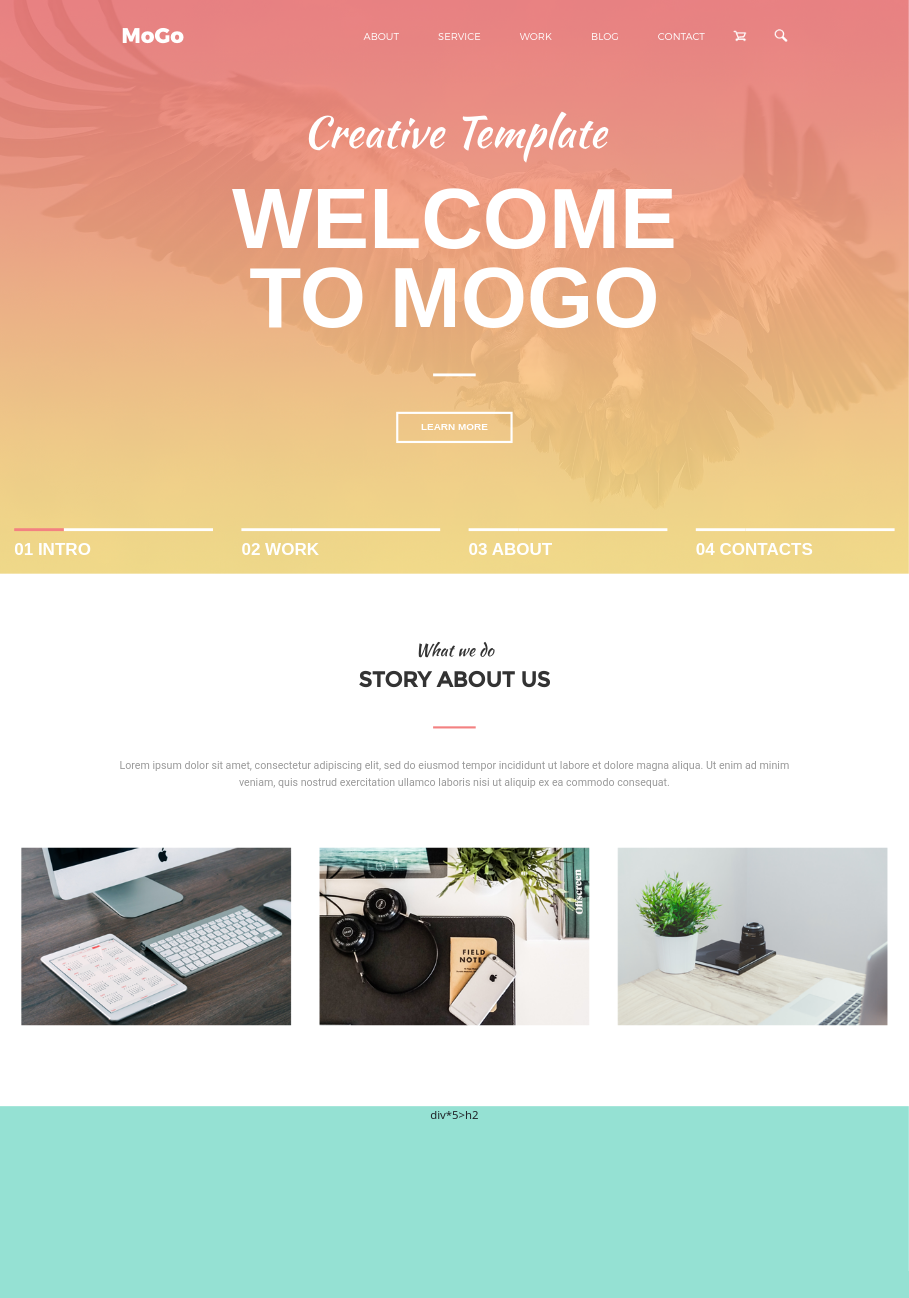
Repository: RaffiBarseghyan/mogo
Page: /
The author's editor kept a copy of each file at every save. The page is drawn from the files as they stood at one save, then again after a run of saves.
The browser window is 1280 px wide. The pictures show the whole page, at 71% of full size.
The project was rebuilt for these pictures with package versions that can differ from the ones it lists, and the page was loaded fresh each time.

Above is the page before, as saved 2023-05-11 17:49:34.

### src/App.jsx
import "./App.css";
import "bootstrap/dist/css/bootstrap.min.css";
import "bootstrap/dist/js/bootstrap.bundle";
import Header from "./Pages/Header/header";
import AboutUs from "./Pages/AboutUs/aboutUs";

function App() {
  return (
    <div className="App">
      <Header />
      <AboutUs />
    </div>
  );
}

export default App;

### src/Pages/Header/header.jsx
import style from "./header.module.scss";
import glass from "../../Assets/Images/GLASS.png";
import cart from "../../Assets/Images/CART.png";

function Header() {
  return (
    <>
      <div className={style.big_header}>
        <div className={style.header}>
          <nav className="navbar navbar-expand-lg bg-body-tertiary">
            <div className="container-fluid">
              <a className={`${style.logo} navbar-brand me-5`} href="#">
                MoGo
              </a>
              <button
                className="navbar-toggler"
                type="button"
                data-bs-toggle="collapse"
                data-bs-target="#navbarNav"
                aria-controls="navbarNav"
                aria-expanded="false"
                aria-label="Toggle navigation"
              >
                <span className="navbar-toggler-icon"></span>
              </button>
              <div
                className={`${style.menu} collapse navbar-collapse`}
                id="navbarNav"
              >
                <ul className={`navbar-nav`}>
                  <li className="nav-item">About</li>
                  <li className="nav-item">service</li>
                  <li className="nav-item">work</li>
                  <li className="nav-item">blog</li>
                  <li className="nav-item">contact</li>
                  <img src={cart} alt="" />
                  <img src={glass} alt="" />
                </ul>
              </div>
            </div>
          </nav>
        </div>

        <div className={style.header_text}>
          <h1>Creative Template</h1>
          <h2>
            Welcome <br /> to MoGo
          </h2>
          <div className={style.border_box}>
            <div className={style.border}></div>
          </div>

          <div className={style.btn_box}>
            <button className={style.btn}>Learn More</button>
          </div>

          <div className={style.big_border_box_1}>
            <div className={style.div}>
              <div className={style.b_box1}>
                <div className={style.red}></div>
                <div className={style.white}></div>
              </div>
              <p className={style.b_p}>01 intro</p>
            </div>

            <div className={style.div}>
              <div className={style.b_box1}>
                <div className={style.white_s}></div>
                <div className={style.white}></div>
              </div>
              <p className={style.b_p}>02 work</p>
            </div>

            <div className={style.div}>
              <div className={style.b_box1}>
                <div className={style.white_s}></div>
                <div className={style.white}></div>
              </div>
              <p className={style.b_p}>03 About</p>
            </div>

            <div className={style.div}>
              <div className={style.b_box1}>
                <div className={style.white_s}></div>
                <div className={style.white}></div>
              </div>
              <p className={style.b_p}>04 Contacts</p>
            </div>
          </div>
        </div>
      </div>
    </>
  );
}

export default Header;

### src/Pages/AboutUs/aboutUs.jsx
import style from "./aboutUs.module.scss";
import aboutUs1 from "../../Assets/Images/aboutUs1.png";
import aboutUs2 from "../../Assets/Images/aboutUs2.png";
import aboutUs3 from "../../Assets/Images/aboutUs3.png";
import user from "../../Assets/Images/USERS.png";

function AboutUs() {
  return (
    <>
      <div className={style.aboutUs}>
        <h3>What we do</h3>
        <h2>Story about us</h2>
        <div className={style.line}></div>
        <p>
          Lorem ipsum dolor sit amet, consectetur adipiscing elit, sed do
          eiusmod tempor incididunt ut labore et dolore magna aliqua. Ut enim ad
          minim <br />
          veniam, quis nostrud exercitation ullamco laboris nisi ut aliquip ex
          ea commodo consequat.
        </p>
        <div className="d-flex justify-content-center flex-wrap ">
          <div className={style.imgDiv}>
            <img src={user} alt="" className={style.user} />
            <p>SUPER TEAM</p>
            <img src={aboutUs1} alt="" className={style.aboutImg}/>
          </div>
          <div className={style.imgDiv}>
            <img src={user} alt="" className={style.user} />
            <p>SUPER TEAM</p>
            <img src={aboutUs2} alt="" className={style.aboutImg}/>
          </div>
          <div className={style.imgDiv}>
            <img src={user} alt="" className={style.user} />
            <p>SUPER TEAM</p>
            <img src={aboutUs3} alt="" className={style.aboutImg}/>
          </div>
        </div>
      </div>

      <div className={style.aboutUsFooter}>
        div*5>h2
      </div>
    </>
  );
}

export default AboutUs;

### src/Pages/Header/header.module.scss
@font-face {
  font-family: Montserrat;
  src: url("../../Assets/Fonts/montserrat/Montserrat-Light.otf")
    format("truetype");
}

@font-face {
  font-family: Montserrat_bold;
  src: url("../../Assets/Fonts/montserrat/Montserrat-ExtraBold.otf")
    format("truetype");
}

@font-face {
  font-family: kaushan;
  src: url("../../Assets/Fonts/kaushan-script/kaushan-script.kaushanscript-regular.otf")
    format("truetype");
}

* {
  margin: 0;
  padding: 0;
  box-sizing: border-box;
}

/* Header */

.logo {
  font-size: 30px;
  color: #ffffff !important;
  font-weight: 700;
  font-family: "Montserrat_bold";
}

.logo:hover {
  color: #ffffff !important;
}

.big_header {
  width: 100%;
  min-height: 800px;
  background-image: url("../../Assets/Images/background-image-big-box-header.png");
  background-position: center;
  background-size: cover;
  background-repeat: no-repeat;
}

.header {
  width: 100%;
  min-height: 100px;
  display: flex;
  justify-content: space-around;
  align-items: center;
}

.menu > ul {
  margin-left: 150px;
}

.menu > ul > li {
  font-size: 14px;
  font-family: "Montserrat";
  color: rgb(255, 255, 255);
  text-transform: uppercase;
  list-style: none;
  margin-left: 55px;
}

.menu > ul > li:hover {
  color: #fce38a;
  border-bottom: 2px solid #fce38a;
  cursor: pointer;
  transition: 0.3s;
}

.menu > ul > img {
  margin-left: 40px;
  cursor: pointer;
  width: 15%;
  aspect-ratio: 3/2;
  object-fit: contain;
}

/* Header_text */

.header_text {
  margin-top: 50px;
}

.header_text > h1 {
  text-align: center;
  font-family: kaushan;
  font-size: 60px;
  color: rgb(255, 255, 255);
  line-height: 1.2;
}

.header_text > h2 {
  text-align: center;
  font-family: sans-serif;
  font-size: 120px;
  color: rgb(255, 255, 255);
  font-weight: bold;
  text-transform: uppercase;
  line-height: 0.933;
  margin-top: 30px;
}

.border {
  width: 60px;
  height: 4px;
  background-color: #ffffff;
}

.border_box {
  display: flex;
  justify-content: center;
  margin: 50px 0;
}

.btn {
  border-style: solid;
  border-width: 3px;
  border-color: rgb(255, 255, 255);
  background-color: rgba(0, 0, 0, 0);
  width: 164px;
  height: 44px;
  font-size: 14px;
  font-family: sans-serif;
  color: rgb(255, 255, 255);
  font-weight: bold;
  text-transform: uppercase;
}

.btn_box {
  display: flex;
  justify-content: center;
}

.btn_box > button:hover {
  cursor: pointer;
  border-radius: 10px;
  transition: 0.5s;
}

/* Borders */

.red {
  width: 70px;
  height: 4px;
  background-color: #f38181;
}

.white_s {
  width: 70px;
  height: 4px;
  background-color: #ffffff;
}

.white {
  width: 210px;
  height: 4px;
  background-color: white;
}

.b_box1 {
  display: flex;
}

.b_p {
  margin-top: 8px;
  font-size: 24px;
  font-family: sans-serif;
  color: rgb(255, 255, 255);
  font-weight: bold;
  text-transform: uppercase;
  text-align: left;
}

.big_border_box_1 {
  margin-top: 120px;
  display: flex;
  justify-content: space-around;
  flex-wrap: wrap;
}

@media only screen and (max-width: 992.2px) {
  .menu > ul {
    display: flex;
    justify-content: center;
    align-items: center;
  }
  .menu > ul > img {
    width: 12%;
    aspect-ratio: 3/2;
    object-fit: contain;
  }
  .header_text>h2{
    font-size: 80px;
  }
}

### src/Pages/AboutUs/aboutUs.module.scss
@font-face {
  font-family: Montserrat;
  src: url("../../Assets/Fonts/montserrat/Montserrat-Light.otf")
    format("truetype");
}

@font-face {
  font-family: Montserrat_mid;
  src: url("../../Assets/Fonts/montserrat/Montserrat-Regular.ttf")
    format("truetype");
}

@font-face {
  font-family: Montserrat_bold;
  src: url("../../Assets/Fonts/montserrat/Montserrat-ExtraBold.otf")
    format("truetype");
}

@font-face {
  font-family: kaushan;
  src: url("../../Assets/Fonts/kaushan-script/kaushan-script.kaushanscript-regular.otf")
    format("truetype");
}

.aboutUs {
  min-height: 750px;
  display: flex;
  flex-direction: column;
  align-items: center;
  justify-content: center;
  h3 {
    font-size: 24px;
    color: #333333;
    font-weight: 400;
    font-family: "kaushan";
    text-align: center;
  }
  h2 {
    font-size: 30px;
    text-transform: uppercase;
    color: #333333;
    font-weight: 700;
    font-family: "Montserrat_mid";
    text-align: center;
  }
  p {
    font-size: 15px;
    line-height: 24px;
    color: #999999;
    font-weight: 400;
    font-family: "Roboto";
    text-align: center;
    margin-bottom: 60px;
  }
  .line {
    width: 60px;
    height: 3px;
    background-color: #f38181;
    margin: 40px;
  }
  img {
    width: 380px;
    height: 250px;
    aspect-ratio: 3/2;
    object-fit: cover;
  }

  .imgDiv {
    width: 380px;
    height: 250px;
    margin: 20px;
    transition: 0.5s;
    display: flex;
    flex-direction: column;
    justify-content: center;
    align-items: center;
    p {
      font-size: 18px;
      text-transform: uppercase;
      color: #ffffff;
      font-weight: 700;
      font-family: "Montserrat";
      text-align: center;
      display: none;
      position: absolute;
      margin-top: 80px;
    }
    .user {
      width: 32px;
      height: 23px;
      display: none;
      position: absolute;
      margin-bottom: 30px;
    }
  }

  .imgDiv:hover {
    transition: 0.5s;
    box-shadow: 10px 10px 0px 0px rgba(149, 225, 211, 1);
    -webkit-box-shadow: 10px 10px 0px 0px rgba(149, 225, 211, 1);
    -moz-box-shadow: 10px 10px 0px 0px rgba(149, 225, 211, 1);
    cursor: pointer;
    p,
    .user {
      display: block;
    }
    background: rgb(226, 204, 123);
    background: linear-gradient(
      0deg,
      rgba(226, 204, 123, 1) 0%,
      rgba(219, 116, 116, 1) 53%
    );

    .aboutImg {
      opacity: 0.2;
    }
  }
}

.aboutUsFooter {
  height: 270px;
  background-color: #95e1d3;
}

Loaded but not shown: public/index.html (common file); src/index.js (common file); src/index.css (common file); src/reportWebVitals.js (common file); src/App.css (common file)

After the next 3 saves:
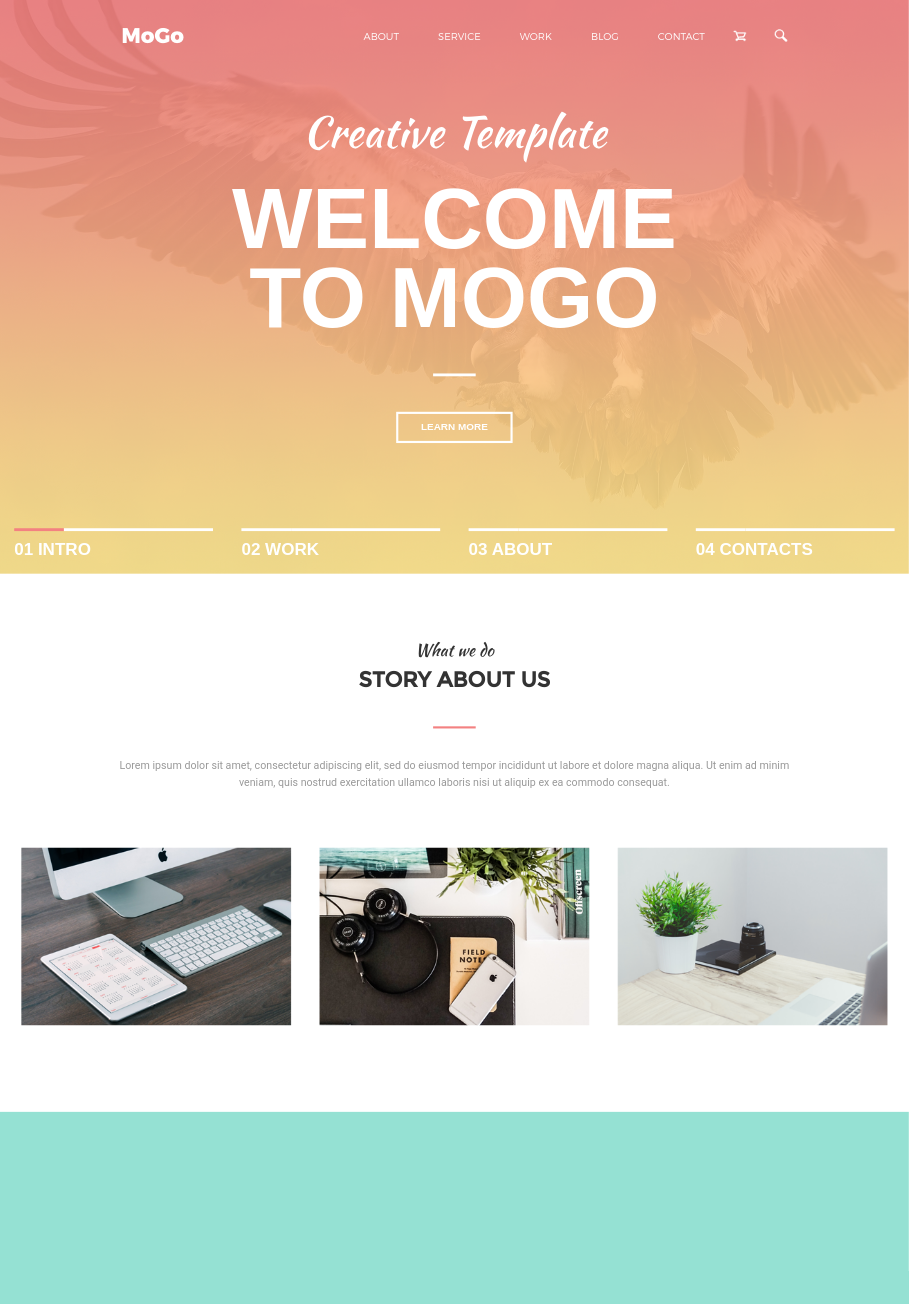
The 3 saves are shown as one change because they came seconds apart.
The last was saved 11 s later.
--- a/src/Pages/AboutUs/aboutUs.jsx
+++ b/src/Pages/AboutUs/aboutUs.jsx
@@ -38,7 +38,21 @@ function AboutUs() {
       </div>
 
       <div className={style.aboutUsFooter}>
-        div*5>h2
+        <div>
+            <h2></h2>
+        </div>
+        <div>
+            <h2></h2>
+        </div>
+        <div>
+            <h2></h2>
+        </div>
+        <div>
+            <h2></h2>
+        </div>
+        <div>
+            <h2></h2>
+        </div>
       </div>
     </>
   );
